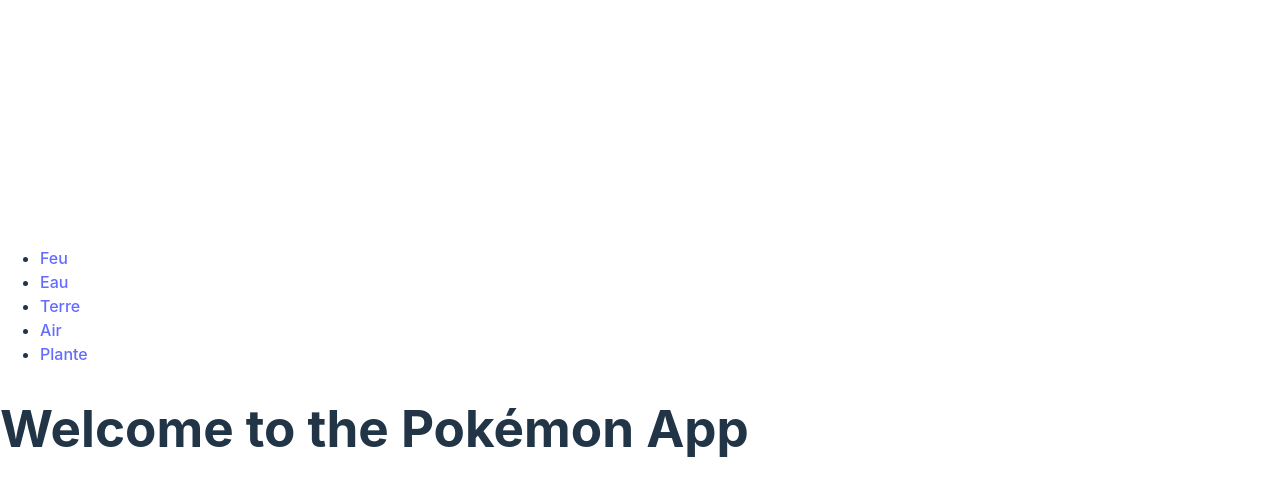
Repository: AdilGHAZAL/react-pokemon-app
Page: /
These files come from the project's save history. The page is drawn as it stood at one moment and after the next save; the edit follows.
The browser window is 1280 px wide. The pictures show the whole page.
The project was rebuilt for these pictures with package versions that can differ from the ones it lists, and the page was loaded fresh each time. Also part of the build but not shown: vite.config.ts, src/components/PokemonList.tsx, src/pages/PokemonCategoryPage.tsx.

Above is the page before, as saved 2024-10-21 04:42:48.

### src/App.tsx
import React from 'react';
import { Provider } from 'react-redux';
import { BrowserRouter as Router, Routes, Route } from 'react-router-dom';
import { store } from './app/store';
import Navbar from './components/Navbar';
import HomePage from './pages/HomePage';
import PokemonCategoryPage from './pages/PokemonCategoryPage';

const App = () => {
  return (
    <Provider store={store}>
      <Router>
        <Navbar />
        <Routes>
          <Route path="/" element={<HomePage />} />
          <Route path="/category/:category" element={<PokemonCategoryPage />} />
        </Routes>
      </Router>
    </Provider>
  );
};

export default App;

### src/app/store.ts
import { configureStore } from '@reduxjs/toolkit';
import pokemonReducer from '../features/pokemon/pokemonSlice';

export const store = configureStore({
  reducer: {
    pokemon: pokemonReducer,
  },
});

export default store;

### src/components/Navbar.tsx
import { NavLink } from 'react-router-dom';

const Navbar = () => {
  return (
    <nav>
      <ul>
        <li><NavLink to="/category/fire">Feu</NavLink></li>
        <li><NavLink to="/category/water">Eau</NavLink></li>
        <li><NavLink to="/category/earth">Terre</NavLink></li>
        <li><NavLink to="/category/air">Air</NavLink></li>
        <li><NavLink to="/category/plant">Plante</NavLink></li>
      </ul>
    </nav>
  );
};

export default Navbar;

### src/pages/HomePage.tsx
const HomePage = () => {
    return <h1>Welcome to the Pokémon App</h1>;
  };

  export default HomePage;

### src/features/pokemon/pokemonSlice.ts
import { createSlice, createAsyncThunk } from '@reduxjs/toolkit';
import axios from 'axios';


export const fetchPokemonByType = createAsyncThunk(
  'pokemon/fetchByType',
  async (type) => {
    const response = await axios.get(`https://pokeapi.co/api/v2/type/${type}`);
    return response.data.pokemon.map((p) => p.pokemon);
  }
);

const pokemonSlice = createSlice({
  name: 'pokemon',
  initialState: {
    pokemonByType: {},
    status: 'idle',
    error: null,
  },
  reducers: {},
  extraReducers: (builder) => {
    builder
      .addCase(fetchPokemonByType.pending, (state) => {
        state.status = 'loading';
      })
      .addCase(fetchPokemonByType.fulfilled, (state, action) => {
        const type = action.meta.arg;
        state.pokemonByType[type] = action.payload;
        state.status = 'succeeded';
      })
      .addCase(fetchPokemonByType.rejected, (state, action) => {
        state.status = 'failed';
        state.error = action.error.message;
      });
  },
});

export default pokemonSlice.reducer;

Loaded but not shown: index.html (common file); src/main.tsx (common file); src/index.css (common file)

After the next save:
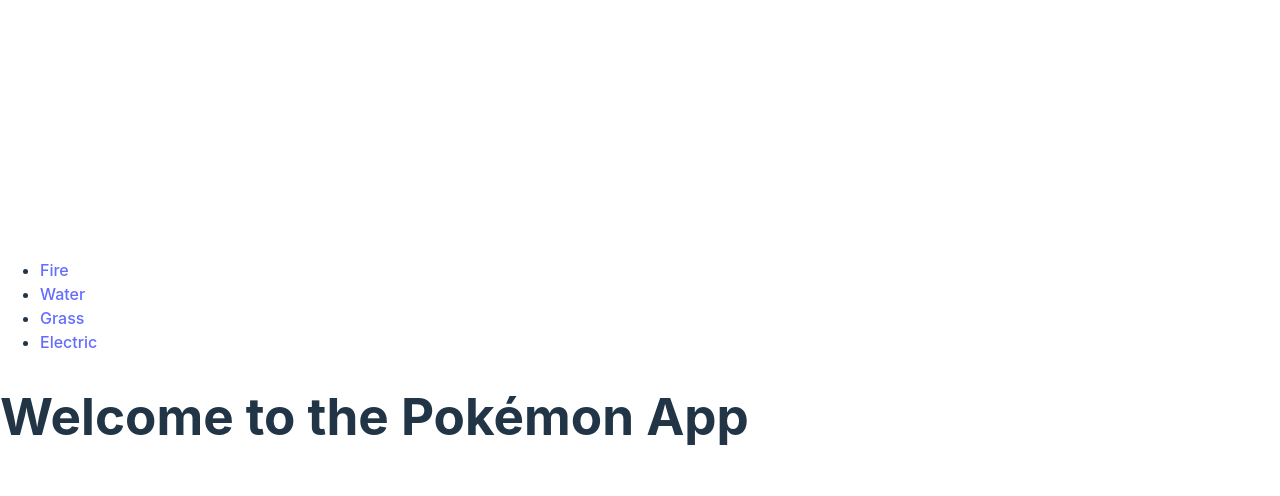
Saved 67 s later.
--- a/src/components/Navbar.tsx
+++ b/src/components/Navbar.tsx
@@ -4,11 +4,10 @@
   return (
     <nav>
       <ul>
-        <li><NavLink to="/category/fire">Feu</NavLink></li>
-        <li><NavLink to="/category/water">Eau</NavLink></li>
-        <li><NavLink to="/category/earth">Terre</NavLink></li>
-        <li><NavLink to="/category/air">Air</NavLink></li>
-        <li><NavLink to="/category/plant">Plante</NavLink></li>
+        <li><NavLink to="/category/fire">Fire</NavLink></li>
+        <li><NavLink to="/category/water">Water</NavLink></li>
+        <li><NavLink to="/category/grass">Grass</NavLink></li>
+        <li><NavLink to="/category/electric">Electric</NavLink></li>
       </ul>
     </nav>
   );
